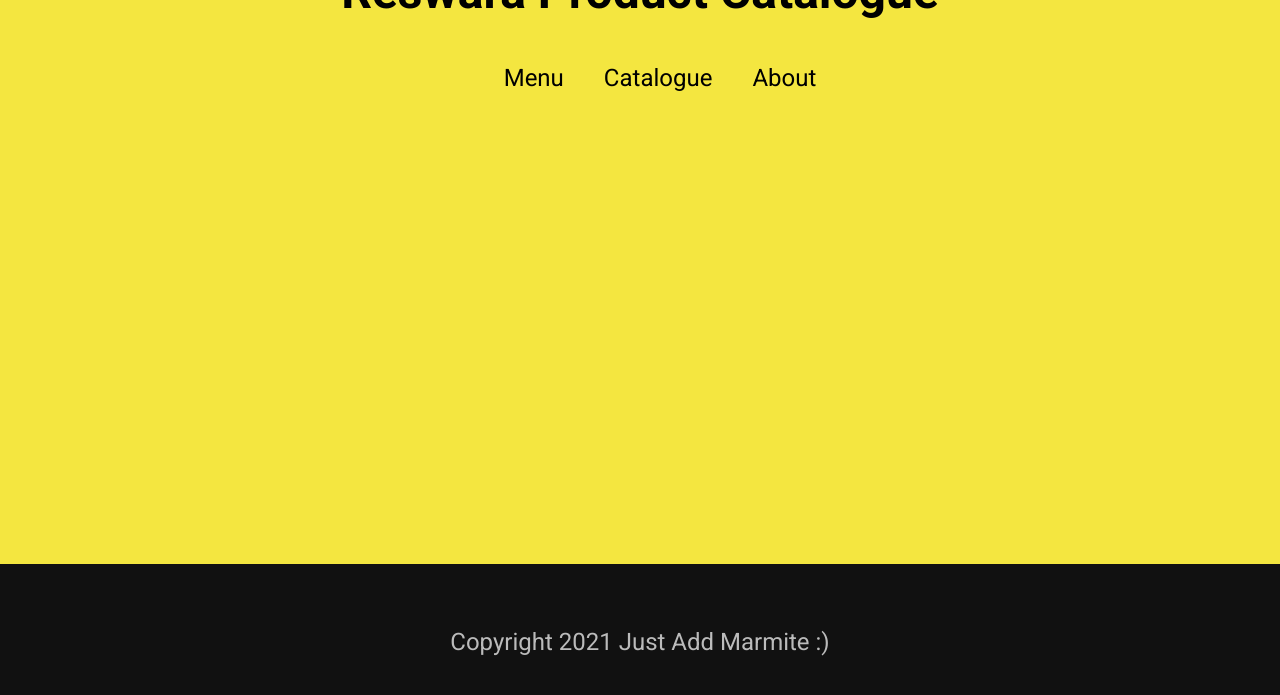
Repository: Fauzaanmhmd/Skripsi
Page: /
These files come from the project's save history. The page is drawn as it stood at one moment and after the next save; the edit follows.
The browser window is 1280 px wide. The pictures show the whole page.
The project was rebuilt for these pictures with package versions that can differ from the ones it lists, and the page was loaded fresh each time. The framework's server and built-in components were replaced by stand-ins that run in the browser. Also part of the build but not shown: next.config.js.

Above is the page before, as saved 2021-05-24 20:54:04.

After the next save:
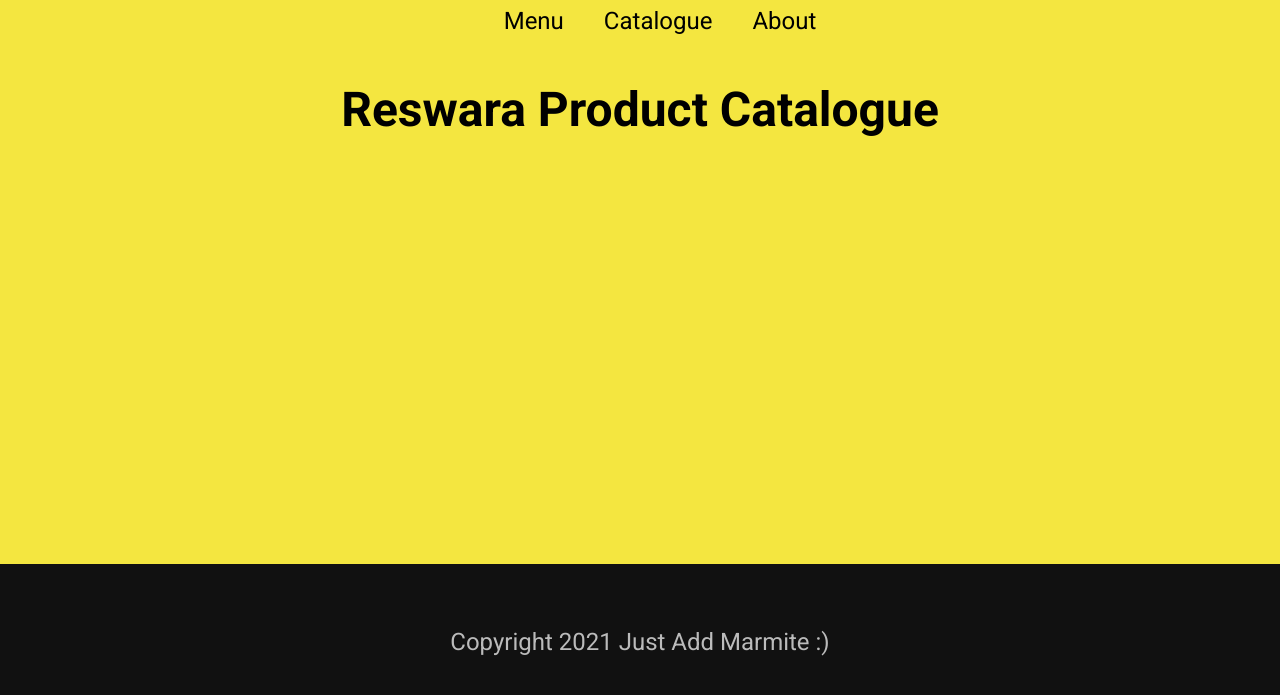
Saved 25 s later.
--- a/styles/globals.css
+++ b/styles/globals.css
@@ -61,7 +61,7 @@ footer {
   align-items: center;
   background-color: #F4E640;
   position: fixed;
-  flex-direction: column;
+  flex-direction: column-reverse;
   z-index: 999;
   width: 100%;
   margin-bottom: 150px;
